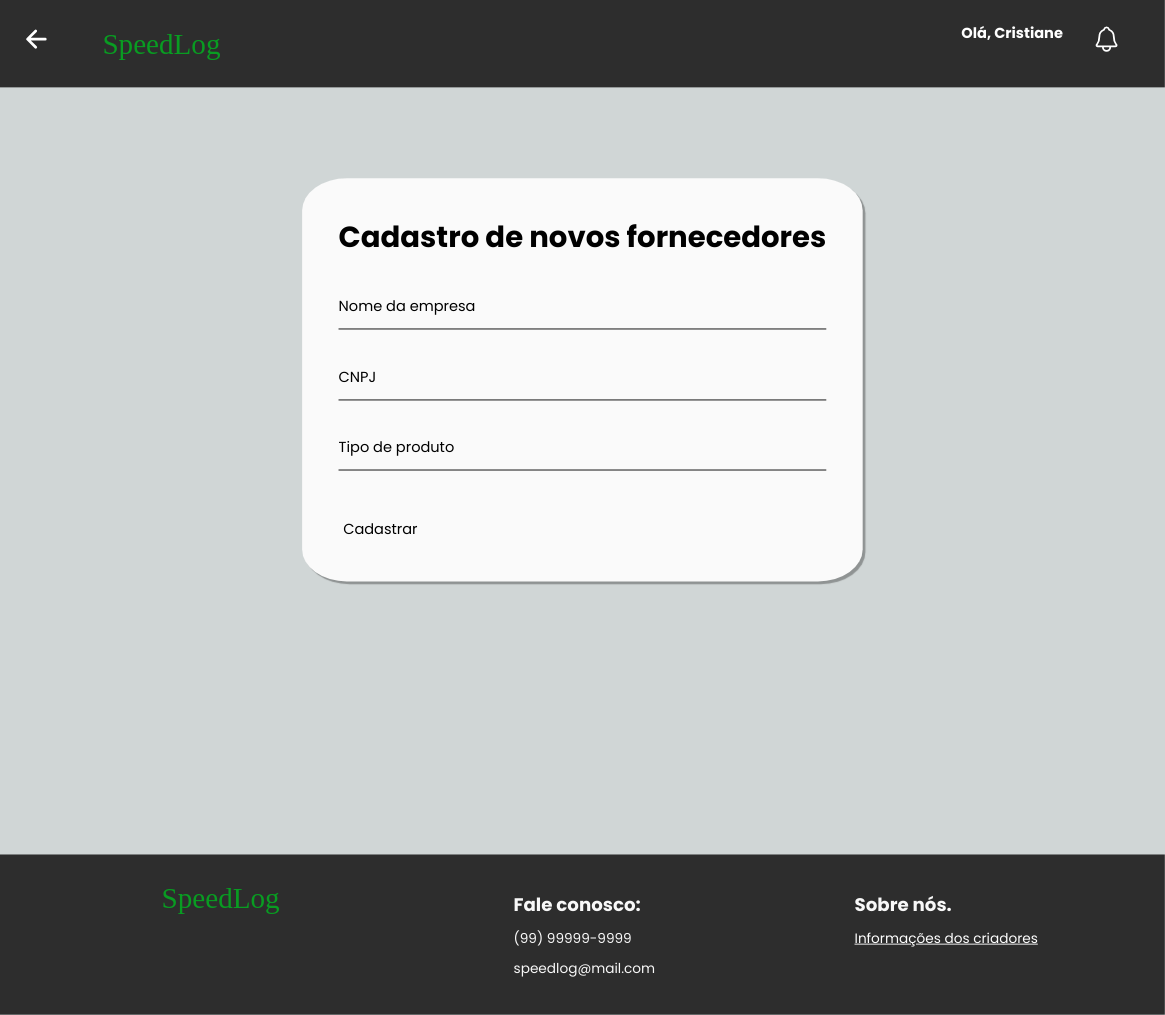
Repository: crisholiveira/speedlog
Page: http://localhost/cadastroDeFornecedor/
These files come from the project's save history. The page is drawn as it stood at one moment and after the next save; the edit follows.
The browser window is 1280 px wide. The pictures show the whole page, at 91% of full size.
Some web fonts or font styles are not loaded; a fallback is used. The page is served by the project's Node server (app.js). Other server files are loaded and not shown.

Above is the page before, as saved 2022-01-16 21:12:25.

### views/cadFornecedor.ejs
<!DOCTYPE html>
<html lang="pt-br">
<head>
    <meta charset="UTF-8">
    <meta http-equiv="X-UA-Compatible" content="IE=edge">
    <meta name="viewport" content="width=device-width, initial-scale=1.0">
    <title>Cadastro de fornecedor</title>

    <link rel="stylesheet" href="/stylesheets/cadFornecedor.css">

    <%- include('./partials/header.ejs') %>
<body>

    <div class="container">
        <div class="card">
            <h1>Cadastro de novos fornecedores</h1>

            <div class="label-float">
                <input type="text" name="nome" id="nome" placeholder=" ">
                <label for="nome">Nome da empresa</label>
            </div>

            <div class="label-float">
                <input type="number" name="sap" id="sap" placeholder=" ">
                <label for="sap">CNPJ</label>
            </div>

            <div class="label-float">
                <input type="email" name="email" id="email" placeholder=" ">
                <label for="email">Tipo de produto</label>
            </div>

            <div class="justfy-center">
                <button>Cadastrar</button>
            </div>

        </div>
    </div>

    <%- include('./partials/footer.ejs') %>
</body>


</html>

### views/partials/header.ejs
<!DOCTYPE html>
<html lang="en">

<head>
    <meta charset="UTF-8">
    <meta http-equiv="X-UA-Compatible" content="IE=edge">
    <meta name="viewport" content="width=device-width, initial-scale=1.0">
    <link rel="stylesheet" href="/stylesheets/header.css">
    <title>SpeedLog</title>
</head>
<header>
    <div id="menu-header">
        <div class="header-container">
            <span class="icone-voltar"><a href="/home"><ion-icon name="arrow-back-outline"></ion-icon></a>

            </span>
            <span class="logo">SpeedLog</span>
            <span class="icone-notificacao">
                <ion-icon name="notifications-outline"></ion-icon>
            </span>
            <span class="bem-vindo">
                <h4>Olá, Cristiane</h4>
            </span>
        </div>
    </div>
</header>
<script type="module" src="https://unpkg.com/ionicons@5.5.2/dist/ionicons/ionicons.esm.js"></script>
<script nomodule src="https://unpkg.com/ionicons@5.5.2/dist/ionicons/ionicons.js"></script>

### views/partials/footer.ejs
<!DOCTYPE html>
<html lang="en">
<head>
    <meta charset="UTF-8">
    <meta http-equiv="X-UA-Compatible" content="IE=edge">
    <meta name="viewport" content="width=device-width, initial-scale=1.0">
    <title>Document</title>
    <link rel="stylesheet" href="/stylesheets/footer.css">
</head>

<footer>

    <div class="footer">

        <div class="caixa1">
            <span class="logo"> SpeedLog </span>
        </div>

        <div class="caixa2">

            <ul>
            <li class="titulo"><b>Fale conosco:</b> </li>
            <li >(99) 99999-9999</li>
            <li>speedlog@mail.com</li>
            </ul>

        </div>

        <div class='caixa3'>
            <ul>
                <li class="titulo"><b>Sobre nós.</b></li>
                <li><a href="#" style="color: white">Informações dos criadores</a></li>
            </ul>
        </div>


    </div>

</footer>

### app.js
var createError = require('http-errors');
var express = require('express');
var path = require('path');
var cookieParser = require('cookie-parser');
var logger = require('morgan');

var indexRouter = require('./routes/index');
var usersRouter = require('./routes/users');
var homeRouter = require('./routes/home');
var perfilRouter = require('./routes/perfil');
var requisicoesRouter = require('./routes/requisicoes');
var estoqueRouter = require('./routes/estoque');
var usuariosRouter = require('./routes/usuarios');
var produtosRouter = require('./routes/produtos');
var cadFornecedorRouter = require('./routes/cadFornecedor')
var cadUsuarioRouter = require('./routes/cadUsuario');


var app = express();

// view engine setup
app.set('views', path.join(__dirname, 'views'));
app.set('view engine', 'ejs');

app.use(logger('dev'));
app.use(express.json());
app.use(express.urlencoded({ extended: false }));
app.use(cookieParser());
app.use(express.static(path.join(__dirname, 'public')));

app.use('/', indexRouter);
app.use('/users', usersRouter);
app.use('/home', homeRouter);
app.use('/perfil', perfilRouter);
app.use('/requisicoes', requisicoesRouter);
app.use('/estoque', estoqueRouter);
app.use('/usuarios', usuariosRouter);
app.use('/produtos', produtosRouter);
app.use('/cadastroDeFornecedor', cadFornecedorRouter);
app.use('/cadastroDeUsuario', cadUsuarioRouter);

// catch 404 and forward to error handler
app.use(function(req, res, next) {
  next(createError(404));
});

// error handler
app.use(function(err, req, res, next) {
  // set locals, only providing error in development
  res.locals.message = err.message;
  res.locals.error = req.app.get('env') === 'development' ? err : {};

  // render the error page
  res.status(err.status || 500);
  res.render('error');
});

module.exports = app;

### controllers/cadFornecedorController.js
const cadFornecedorController = {
    index: (req, res) => {

        res.render('cadFornecedor')
    }
}
module.exports = cadFornecedorController;

### public/stylesheets/cadFornecedor.css
* {
    margin: 0;
    padding: 0;
}

body{ /*
    background-image: url(../img/fundo.jpg);
    background-repeat: no-repeat;
    background-size: cover;
    background-position: center;
    background-attachment: fixed; */
    background-color: rgb(208, 214, 214);
}

.container{
    display: flex;
    justify-content: center;
    width: 100%;
    margin-top: 100px;
    margin-bottom: 300px;

}

.card{
    background-color: rgb(250, 250, 250);
    padding: 40px;
    border-radius: 8%;
    box-shadow: 3px 3px 1px 0 #00000050;
}

h1{
    text-align: center;
    margin-bottom: 20px;
}

.label-float input{
    width: 100%;
    padding: 5px 5px;
    display: inline-block;
    border: 0;
    border-bottom: 1px solid #000;
    background-color: transparent;
    outline: none;
    min-width: 400px;
    font-size: 18px;
    transition: all .3s ease-out;
}

.label-float{
    position: relative;
    padding-top: 13px;
    margin-top: 5%;
    margin-bottom: 5%;
}

.label-float input:focus{
    border-bottom: 2px solid #000;
}

.label-float label{
    color: rgb(0, 0, 0);
    pointer-events: none;
    position: absolute;
    top: 0;
    left: 0;
    margin-top: 13px;
    transition: all .3s ease-out;
}

.label-float input:focus + label{
    font-size: 12px;
    margin-top: 0;
    color: black;
}

button{
    background-color: transparent;
    border-color: black;
    color: black;
    padding: 5px;
    font-size: 12pt;
    margin-top: 20px;
    border-radius: 8%;
    cursor: pointer;
    outline: node;
}

button:hover{
    background-color: rgb(27, 168, 81);
    color: white;
    transition: all .3s ease-out;
}

### public/stylesheets/header.css
@import url('https://fonts.googleapis.com/css2?family=Poppins:wght@100;200;300;400;500;600;700&display=swap');
@import url('https://fonts.googleapis.com/css2?family=Patrick+Hand&display=swap');

*{
    padding: 0;
    margin: 0;
    box-sizing: border-box;
    border: none;
    font-family: 'Poppins'
}

header {
    min-height: 10vh;
    background-color:#2d2d2d;

}

.header-container a {
    color: white;
}



.header-container {
    padding: 1.5rem;

}

.logo {
    color:#099c22;
    font-family: 'Patrick Hand', cursive;
    font-size: 2rem;
    padding: 3rem;

}


.icone-voltar {
    font-size: 2rem;
    color: white;



}

.icone-notificacao {
    font-size: 2rem;
    color: white;
    float: right;
    padding-right: 1.5rem;

}

.bem-vindo {
    color: white;
    float: right;

}
.bem-vindo h4 {
    padding-right: 2rem;
}
@media (max-width: 768px){
    .logo{
        display: none;
    }
}

### public/stylesheets/footer.css
*{
    padding: 0;
    margin: 0;
    box-sizing: border-box;
    border: none;
    font-family: 'Poppins'
}

footer{
    min-height: 10vh;
    background-color:#2d2d2d;
    color: rgb(248, 248, 248);
    padding: 30px;
    position: absolute;
    margin-bottom: 0px;
    width: 100%;


}

.logo{
    color:#099c22;
    font-family: 'Patrick Hand', cursive;
    font-size: 2rem;
    text-align: center;
}

ul{

    list-style: none;


}

li{
    margin: 10px;
    font-size: 15px;

}

.footer{
    display: flex;
    justify-content: space-around;
}

.titulo{
    font-size: 20px;
}

After the next save:
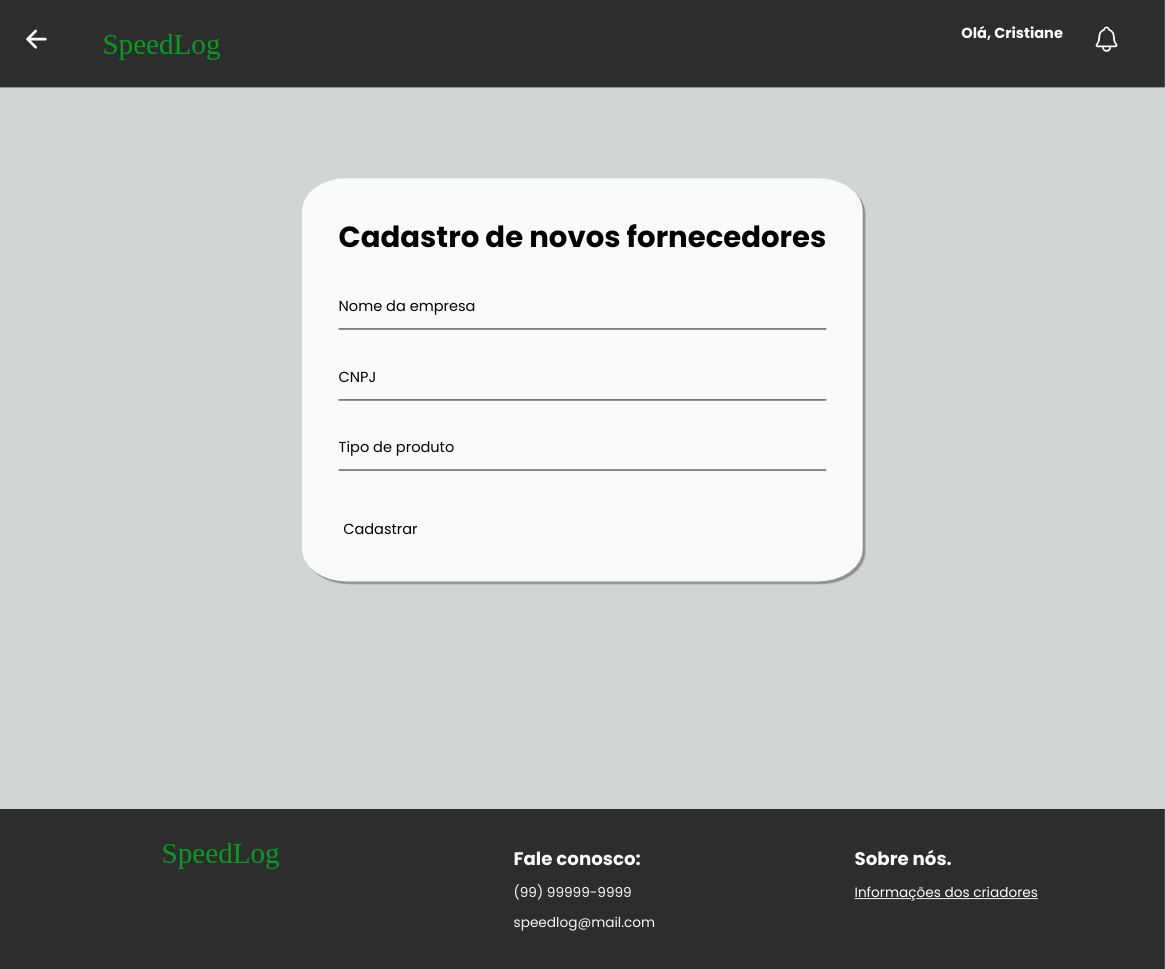
Saved 46 s later.
--- a/public/stylesheets/cadFornecedor.css
+++ b/public/stylesheets/cadFornecedor.css
@@ -17,7 +17,7 @@ body{ /*
     justify-content: center;
     width: 100%;
     margin-top: 100px;
-    margin-bottom: 300px;
+    margin-bottom: 250px;
 
 }
 
